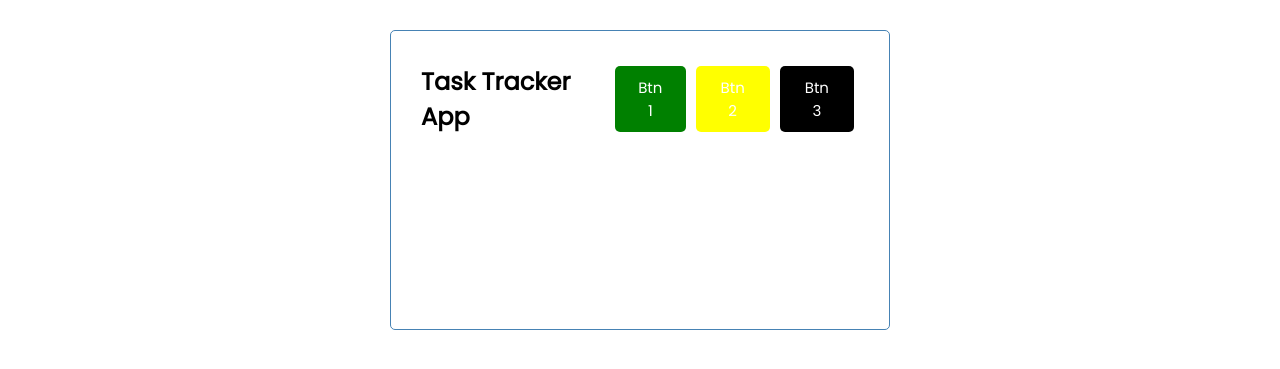
Repository: feyroozecode/task_tracker
Page: /
These files come from the project's save history. The page is drawn as it stood at one moment and after the next save; the edit follows.
The browser window is 1280 px wide. The pictures show the whole page.
The project was rebuilt for these pictures with package versions that can differ from the ones it lists, and the page was loaded fresh each time.

Above is the page before, as saved 2023-10-19 16:57:26.

### public/index.html
<!DOCTYPE html>
<html lang="en">
  <head>
    <meta charset="utf-8" />
    <link rel="icon" href="%PUBLIC_URL%/favicon.ico" />
    <meta name="viewport" content="width=device-width, initial-scale=1" />
    <meta name="theme-color" content="#000000" />
    <meta
      name="description"
      content="Web site created using create-react-app"
    />
    <link rel="apple-touch-icon" href="%PUBLIC_URL%/logo192.png" />

    <link rel="manifest" href="%PUBLIC_URL%/manifest.json" />

    <title>React App</title>
  </head>
  <body>
    <noscript>You need to enable JavaScript to run this app.</noscript>

    <div id="root"></div>

  </body>
</html>

### src/App.js
import Header from './components/Header'

const App = ()  => {
   const appName = 'Task Tracker App'

   return (
     <div className="container">
      <Header title={appName} />
     </div>
   );

}

export default App;

### src/components/Header.js
import PropTypes from 'prop-types'
import AddButton from './AddButton'

const Header = ({ title }) => {
    return (
        <header className='header'>
            <h2 > { title } </h2>
            <AddButton color='green' text='Btn 1' />
            <AddButton color='yellow' text='Btn 2' />
            <AddButton color='g' text='Btn 3' />
        </header>
    )
}

// set default title
Header.defaultProps = {
    title: 'Task Tracker'
}

Header.propTypes = {
    title: PropTypes.string.isRequired
}

// styles
const headingStyles = {
    color: 'wheat',
    backgroundColor: 'green',
    textAlign: 'center'
}

export default Header

### src/components/AddButton.js

const AddButton = ({color, text}) => {
    return (
     <button
      className='btn'
     style={{ backgroundColor: color }}
     > {text} </button>
    )

}

export default AddButton

Loaded but not shown: src/index.js (common file); src/index.css (common file)

After the next save:
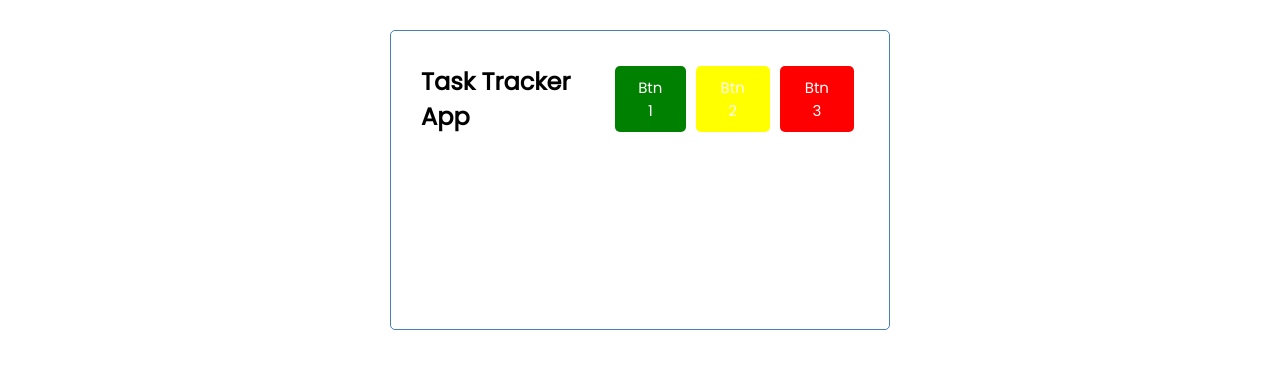
Saved 4 s later.
--- a/src/components/Header.js
+++ b/src/components/Header.js
@@ -7,7 +7,7 @@ const Header = ({ title }) => {
             <h2 > { title } </h2>
             <AddButton color='green' text='Btn 1' />
             <AddButton color='yellow' text='Btn 2' />
-            <AddButton color='g' text='Btn 3' />
+            <AddButton color='red' text='Btn 3' />
         </header>
     )
 }
